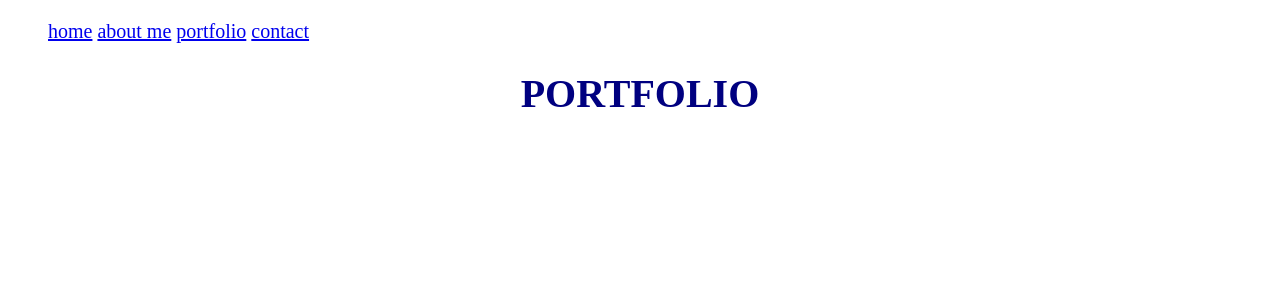
Repository: bainesface/bainesface.github.io
Page: portfolio.html
These files come from the project's save history. The page is drawn as it stood at one moment and after the next save; the edit follows.
The browser window is 1280 px wide. The pictures show the whole page.

Above is the page before, as saved 2020-04-27 12:16:55.

After the next save:
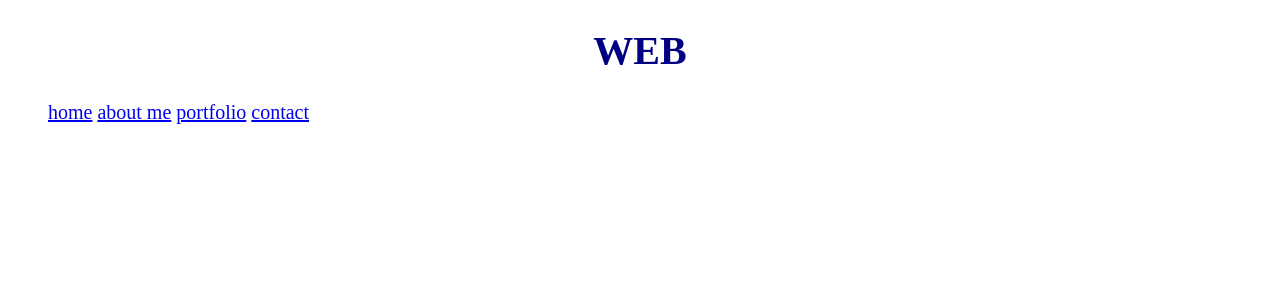
Saved 24 s later.
--- a/portfolio.html
+++ b/portfolio.html
@@ -8,14 +8,14 @@
     <title>My Portfolio Site</title>
   </head>
   <body>
+    <h1 class="title">
+      <center>WEB</center>
+    </h1>
     <menu class="menu"
       ><a href="index.html"> home</a>
       <a href="about.html">about me</a>
       <a href="portfolio.html">portfolio</a>
       <a href="contact.html">contact</a></menu
     >
-    <h1 class="title">
-      <center>PORTFOLIO</center>
-    </h1>
   </body>
 </html>
